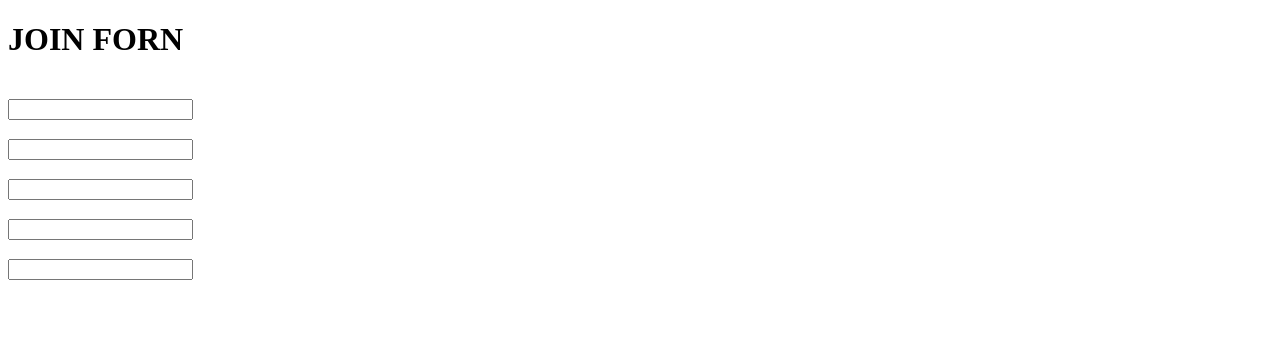
Repository: Leehj9094/JAVA_BOOK-
Page: http://localhost/01JSP/C06/03/join_form.jsp
The author's editor kept a copy of each file at every save. The page is drawn from the files as they stood at one save, then again after the next save.
The browser window is 1280 px wide. The pictures show the whole page.
The page is served by Tomcat 9.

Above is the page before, as saved 2025-04-03 06:48:43.

After the next save:
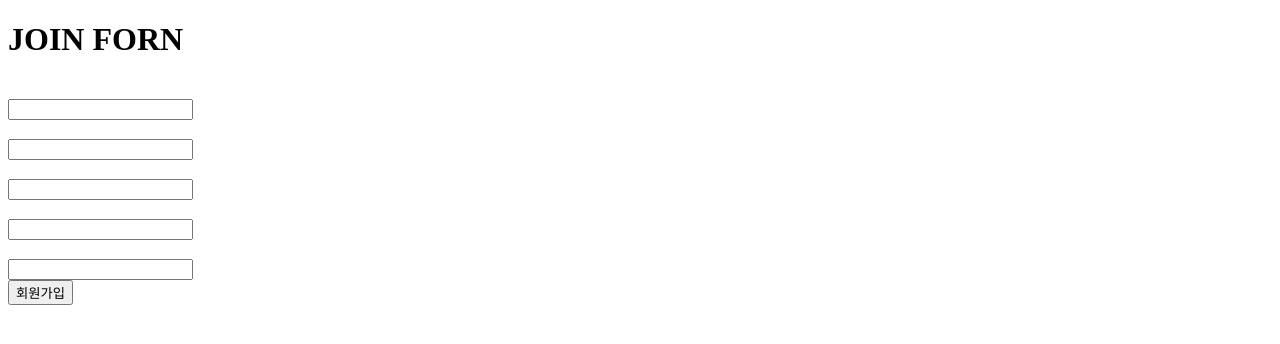
Saved 30 s later.
--- a/JSP/01JSP/src/main/webapp/C06/03/join_form.jsp
+++ b/JSP/01JSP/src/main/webapp/C06/03/join_form.jsp
@@ -33,6 +33,9 @@
 			<label>비밀번호</label><br/>
 			<input type = "text" name="password"/>
 		</div>
+		<div>
+			<button>회원가입</button>
+		</div>
 	</form>
 </body>
 </html>
